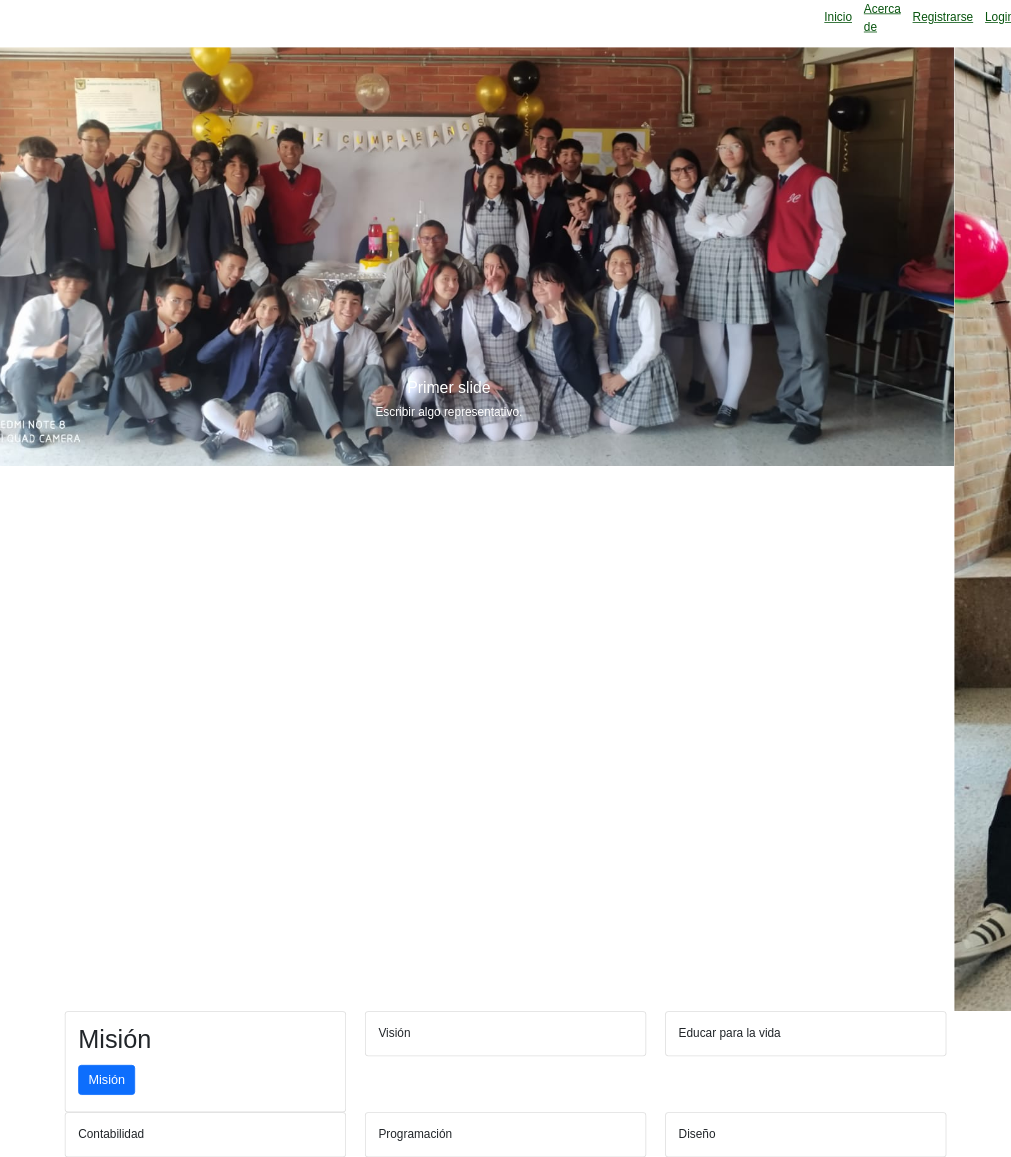
Repository: AntonnySant/webColegio
Page: index.html
An editor plug-in stored every save of this project. The page is shown before and after the next save, followed by the edit.
The browser window is 1280 px wide. The pictures show the whole page, at 79% of full size.

Above is the page before, as saved 2023-10-17 17:00:04.
Console error: TypeError: Cannot set properties of null (setting 'onclick')

### index.html
<!DOCTYPE html>
<html lang="en">

<head>
    <meta charset="UTF-8">
    <meta http-equiv="X-UA-Compatible" content="IE=edge">
    <meta name="viewport" content="width=device-width, initial-scale=1.0">
    <!-- Compiled and minified CSS -->
    <link href="https://cdn.jsdelivr.net/npm/bootstrap@5.0.2/dist/css/bootstrap.min.css" rel="stylesheet"
        integrity="sha384-EVSTQN3/azprG1Anm3QDgpJLIm9Nao0Yz1ztcQTwFspd3yD65VohhpuuCOmLASjC" crossorigin="anonymous">
    <link rel="stylesheet" type="text/css" href="./styles.css">

    <title>Document</title>
</head>

<body>
    <header class="header">
        <!-- <img src="https://juandelcorral.edu.co/wp-content/uploads/2023/03/escudo_2019_verde_fondo-670x1024.png"
            id="img_logo" alt="">
        <p>COLEGIO I.T.D. JUAN DEL CORRAL I.E.D.</p> -->
        <nav>
            <ul class="nav-right-section">
                <li><a href="#">Inicio</a></li>
                <li><a href="#">Acerca de</a></li>
                <li><a href="#">Registrarse</a>
                    <!-- <button id="openModal">Registrarse</button>
                    <div id="registrationModal" class="modal">
                        <div class="modal-content">
                            <span class="close" id="closeModal">&times;</span>
                            <h2>Registro</h2>
                            <form>
                                <label for="username">Nombre de usuario:</label>
                                <input type="text" id="username" name="username" required>
                                <label for="password">Contraseña:</label>
                                <input type="password" id="password" name="password" required>
                                <button type="submit">Registrarse</button>
                            </form>
                        </div>
                    </div> -->
                </li>
                <li><a href="#">Login</a>
                    <!-- <button id="openModalBtn">Iniciar sesión</button>
                    <div id="loginModal" class="modal">
                        <div class="modal-content">
                            <span class="close" id="closeModalBtn">&times;</span>
                            <h2>Iniciar sesión</h2>
                            <form>
                                <input type="text" placeholder="Usuario">
                                <input type="password" placeholder="Contraseña">
                                <button type="submit">Iniciar sesión</button>
                            </form>
                        </div>
                    </div> -->
                </li>
            </ul>
        </nav>
    </header>






    <div class="content">
        <!-- Carrosul dinamico con las 4 imagenes  -->
        <!-- <div class="container"> -->
        <div id="carrusel" class="carousel slide" data-bs-ride="carousel">
            <div class="carousel-indicators">
                <button type="button" data-bs-target="#carouselExampleCaptions" data-bs-slide-to="0" class="active"
                    aria-current="true" aria-label="Slide 1"></button>
                <button type="button" data-bs-target="#carouselExampleCaptions" data-bs-slide-to="1"
                    aria-label="Slide 2"></button>
                <button type="button" data-bs-target="#carouselExampleCaptions" data-bs-slide-to="2"
                    aria-label="Slide 3"></button>
                <button type="button" data-bs-target="#carouselExampleCaptions" data-bs-slide-to="3"
                    aria-label="Slide 4"></button>
            </div>
            <div class="carousel-inner">
                <div class="carousel-item active">
                    <img src="foto1.jpeg" class="d-block w-100 img-fluid" alt="...">
                    <div class="carousel-caption d-none d-md-block">
                        <h5>Primer slide</h5>
                        <p>Escribir algo representativo.</p>
                    </div>
                </div>
                <div class="carousel-item">
                    <img src="foto2.jpeg" class="d-block w-100 img-fluid" alt="...">
                    <div class="carousel-caption d-none d-md-block">
                        <h5>Segundo slide</h5>
                        <p>Escribir algo representativo.</p>
                    </div>
                </div>

                <div class="carousel-item">
                    <img src="foto3.jpeg" class="d-block w-100 img-fluid" alt="...">
                    <div class="carousel-caption d-none d-md-block">
                        <h5>Tercer slide</h5>
                        <p>Escribir algo representativo.</p>
                    </div>
                </div>

                <div class="carousel-item">
                    <img src="foto4.jpeg" class="d-block w-100 img-fluid" alt="...">
                    <div class="carousel-caption d-none d-md-block">
                        <h5>Cuarto slide</h5>
                        <p>Escribir algo representativo.</p>
                    </div>
                </div>
            </div>
            <button class="carousel-control-prev" type="button" data-bs-target="#carouselExampleCaptions"
                data-bs-slide="prev">
                <span class="carousel-control-prev-icon" aria-hidden="true"></span>
                <span class="visually-hidden">Previous</span>
            </button>
            <button class="carousel-control-next" type="button" data-bs-target="#carouselExampleCaptions"
                data-bs-slide="next">
                <span class="carousel-control-next-icon" aria-hidden="true"></span>
                <span class="visually-hidden">Next</span>
            </button>
            <!-- </div> -->
        </div> <!--Cierre carrusel-->

        <div class="container">
            <div class="row">
                <div class="col">
                    <div class="card">
                        <div class="card-body">
                            <h2>Misión</h2>
                            <!-- Button trigger modal -->

                            <button type="button" class="btn btn-primary" data-bs-toggle="modal"
                                data-bs-target="#exampleModal">
                                Misión
                            </button>

                            <!-- Modal -->
                            <div class="modal fade" id="exampleModal" tabindex="-1" aria-labelledby="exampleModalLabel"
                                aria-hidden="true">
                                <div class="modal-dialog">
                                    <div class="modal-content">
                                        <div class="modal-header">
                                            <h5 class="modal-title" id="exampleModalLabel">Modal title</h5>
                                            <button type="button" class="btn-close" data-bs-dismiss="modal"
                                                aria-label="Close"></button>
                                        </div>
                                        <div class="modal-body">
                                            ...
                                        </div>
                                        <div class="modal-footer">
                                            <button type="button" class="btn btn-secondary"
                                                data-bs-dismiss="modal">Close</button>
                                            <button type="button" class="btn btn-primary">Save changes</button>
                                        </div>
                                    </div>
                                </div>
                            </div>
                        </div>
                    </div>
                </div>
                <div class="col">
                    <div class="card">
                        <div class="card-body">
                            Visión
                            <div class="modal" tabindex="-1">
                                <div class="modal-dialog">
                                    <div class="modal-content">
                                        <div class="modal-header">
                                            <h5 class="modal-title">Modal title</h5>
                                            <button type="button" class="btn-close" data-bs-dismiss="modal"
                                                aria-label="Close"></button>
                                        </div>
                                        <div class="modal-body">
                                            <p>Modal body text goes here.</p>
                                        </div>
                                        <div class="modal-footer">
                                            <button type="button" class="btn btn-secondary"
                                                data-bs-dismiss="modal">Close</button>
                                            <button type="button" class="btn btn-primary">Save changes</button>
                                        </div>
                                    </div>
                                </div>
                            </div>
                        </div>
                    </div>
                </div>
                <div class="col">
                    <div class="card">
                        <div class="card-body">
                            Educar para la vida
                        </div>
                    </div>
                </div>
            </div>
        </div>

        <div class="container">
            <div class="row">
                <div class="col">
                    <div class="card">
                        <div class="card-body">
                            Contabilidad
                        </div>
                    </div>
                </div>
                <div class="col">
                    <div class="card">
                        <div class="card-body">
                            Programación
                        </div>
                    </div>
                </div>
                <div class="col">
                    <div class="card">
                        <div class="card-body">
                            Diseño
                        </div>
                    </div>
                </div>
            </div>
        </div>
    </div>

    <!-- Compiled and minified JavaScript -->
    <script src="https://cdn.jsdelivr.net/npm/bootstrap@5.0.2/dist/js/bootstrap.bundle.min.js"
        integrity="sha384-MrcW6ZMFYlzcLA8Nl+NtUVF0sA7MsXsP1UyJoMp4YLEuNSfAP+JcXn/tWtIaxVXM"
        crossorigin="anonymous"></script>
    <script src="script.js"></script>
</body>

</html>

### styles.css
/* styles.css */
/* Estilos para el encabezado */
body {
    margin: 0;
    padding: 0;
    font-size: 15px;
    font-family: Arial, Helvetica, sans-serif;
}

.header {
    position: fixed;
    /* top: 0;
    left: 0; */
    width: 100%;
    height: 60px;
    background-color: white;
    /* padding: 10px 0; */
    z-index: 1;
  }

  header nav {
    display: flex;
    justify-content: flex-end;
  }

  header nav .nav-right-section {
    width: 250px;
    height: auto;
    display: flex;
    list-style: none;
    justify-content: center;
    align-items: center;
  }

  nav .nav-right-section a {
    /* text-decoration: none; */
    margin-right: 15px;
    color: #07540E;
  }

  /* .header ul {
    list-style: none;
    margin: 0;
    padding: 0;
    float: right;
    margin: 15px;
  }

  .header ul li {
    display: flex;
    margin-right: 20px;
  }

  .header ul li:last-child {
    margin-right: 0;
  } */

  header p{
    margin-top: 15px;
    font-family: Arial, Helvetica, sans-serif;
    font-size: 36px;
    text-align: left;
    color: #07540E;

  }

  /* .content {
    margin-top: 60px;
  } */

  #carrusel {
    z-index: -2;
  }

.modal {
    display: none;
    position: fixed;
    top: 0;
    left: 0;
    width: 100%;
    height: 100%;
    background-color: rgba(0,0,0,0.5);
  }

  .modal-content {
    background-color: #fff;
    margin: 10% auto;
    padding: 20px;
    width: 300px;
    box-shadow: 0 4px 8px 0 rgba(0,0,0,0.2);
  }

  .close {
    float: right;
    font-size: 24px;
    cursor: pointer;
  }

  /* Estilos para el modal */
.modal {
    display: none;
    position: fixed;
    z-index: 1;
    left: 0;
    top: 0;
    width: 100%;
    height: 100%;
    background-color: rgba(0,0,0,0.7);
  }

  .modal-content {
    background-color: #fefefe;
    margin: 10% auto;
    padding: 20px;
    border: 1px solid #888;
    width: 50%;
  }

  .close {
    float: right;
    font-size: 20px;
    cursor: pointer;
  }

  /* Estilos para el botón "Registrarse" */
  #openModal {
    display: inline-block;
    padding: 10px 20px;
    background-color: #007bff;
    color: #fff;
    border: none;
    cursor: pointer;
  }

  /* Estilos para el formulario dentro del modal */
  form {
    display: flex;
    flex-direction: column;
  }

  label, input, button {
    margin: 5px 0;
  }

  img {
    height: 600px;
  }

  #img_logo {
    width: 120px;
    height: 140px;
    float: left;
    margin: 15px;
    margin-top: 10px;
  }


  /* Añade estilos adicionales según tu preferencia */

### script.js
// script.js
document.getElementById("openModalBtn").onclick = function() {
    document.getElementById("loginModal").style.display = "block";
  }

  document.getElementById("closeModalBtn").onclick = function() {
    document.getElementById("loginModal").style.display = "none";
  }

  window.onclick = function(event) {
    if (event.target === document.getElementById("loginModal")) {
      document.getElementById("loginModal").style.display = "none";
    }
  }


const openModalButton = document.getElementById("openModal");
const closeModalButton = document.getElementById("closeModal");
const registrationModal = document.getElementById("registrationModal");

openModalButton.addEventListener("click", () => {
  registrationModal.style.display = "block";
});

closeModalButton.addEventListener("click", () => {
  registrationModal.style.display = "none";
});

window.addEventListener("click", (event) => {
  if (event.target === registrationModal) {
    registrationModal.style.display = "none";
  }
});

var myModal = document.getElementById('myModal')
var myInput = document.getElementById('myInput')

myModal.addEventListener('shown.bs.modal', function () {
  myInput.focus()
})

After the next save:
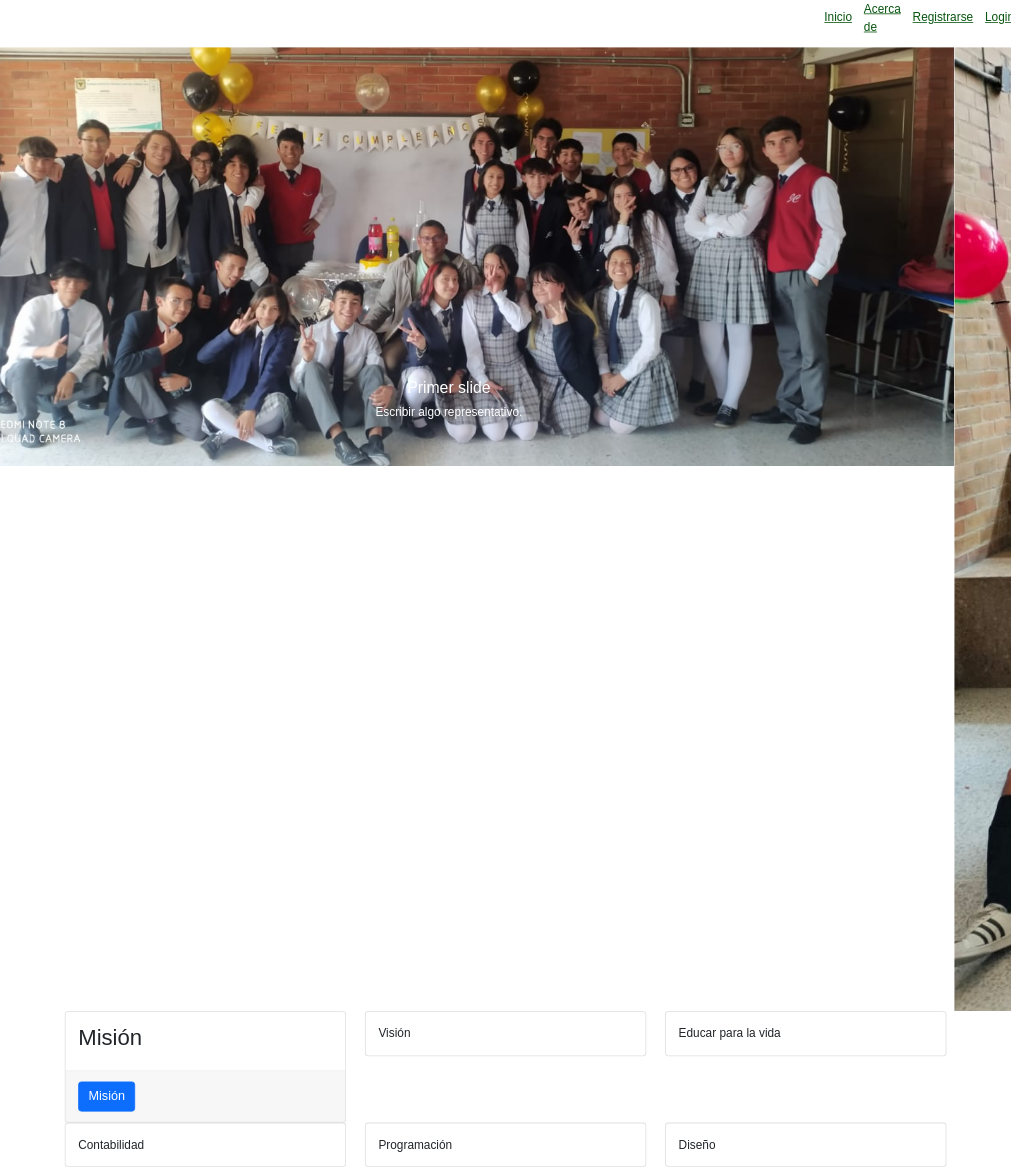
Saved 36 s later.
--- a/index.html
+++ b/index.html
@@ -118,20 +118,18 @@
                 <span class="visually-hidden">Next</span>
             </button>
             <!-- </div> -->
-        </div> <!--Cierre carrusel-->
+        </div>
+        <!--Cierre carrusel-->
 
         <div class="container">
             <div class="row">
                 <div class="col">
                     <div class="card">
                         <div class="card-body">
-                            <h2>Misión</h2>
+                            <h3>Misión</h3>
                             <!-- Button trigger modal -->
 
-                            <button type="button" class="btn btn-primary" data-bs-toggle="modal"
-                                data-bs-target="#exampleModal">
-                                Misión
-                            </button>
+
 
                             <!-- Modal -->
                             <div class="modal fade" id="exampleModal" tabindex="-1" aria-labelledby="exampleModalLabel"
@@ -155,6 +153,12 @@
                                 </div>
                             </div>
                         </div>
+                        <div class="card-footer">
+                            <button type="button" class="btn btn-primary" data-bs-toggle="modal"
+                                data-bs-target="#exampleModal">
+                                Misión
+                            </button>
+                        </div>
                     </div>
                 </div>
                 <div class="col">
@@ -222,8 +226,8 @@
 
     <!-- Compiled and minified JavaScript -->
     <script src="https://cdn.jsdelivr.net/npm/bootstrap@5.0.2/dist/js/bootstrap.bundle.min.js"
-        integrity="sha384-MrcW6ZMFYlzcLA8Nl+NtUVF0sA7MsXsP1UyJoMp4YLEuNSfAP+JcXn/tWtIaxVXM"
-        crossorigin="anonymous"></script>
+        integrity="sha384-MrcW6ZMFYlzcLA8Nl+NtUVF0sA7MsXsP1UyJoMp4YLEuNSfAP+JcXn/tWtIaxVXM" crossorigin="anonymous">
+    </script>
     <script src="script.js"></script>
 </body>
 
